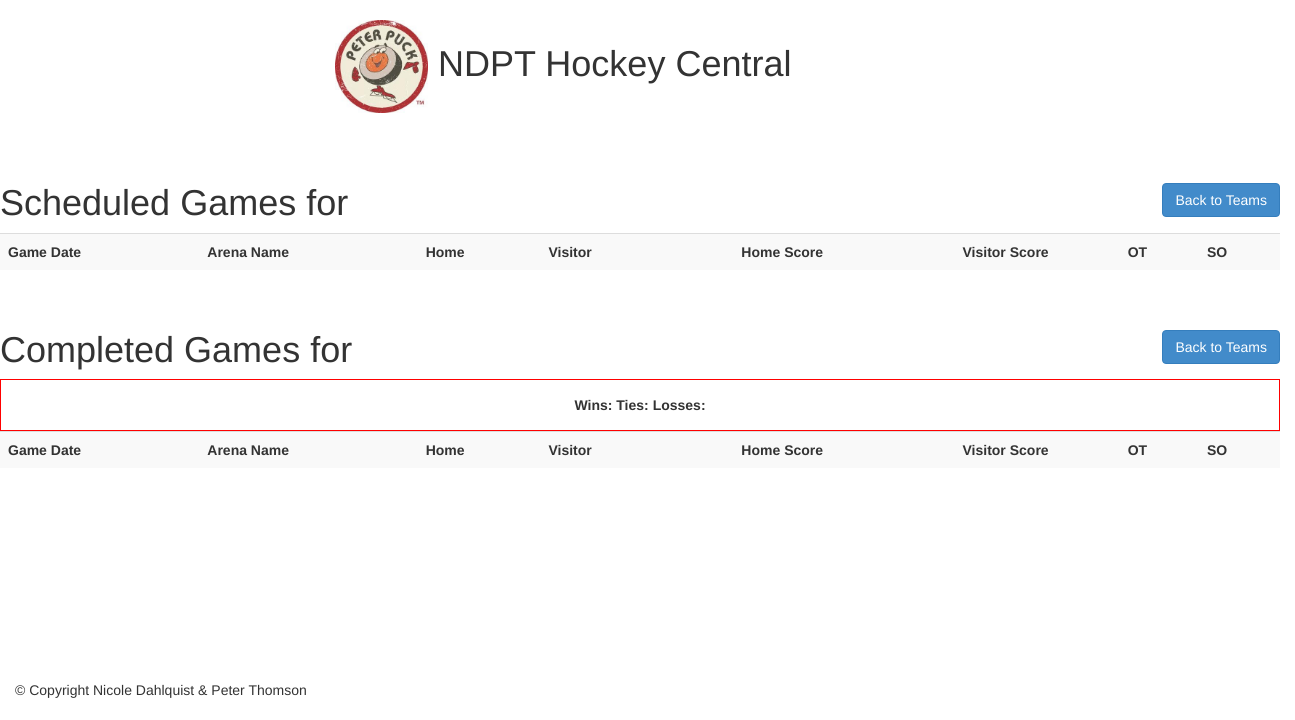
Repository: PeterNicole/JavaEE
Page: http://localhost/NDPTAssn2/Schedule.jsp
The author's editor kept a copy of each file at every save. The page is drawn from the files as they stood at one save, then again after the next save.
The browser window is 1280 px wide. The page is 1295 px wide, so the pictures cover 1295 px, including what lies to the right of the window. The pictures show the whole page.
The page is served by Tomcat 9. The template is opened directly, without the code that normally fills it, so the values that code supplies are empty.

Above is the page before, as saved 2016-07-21 22:52:34.

After the next save:
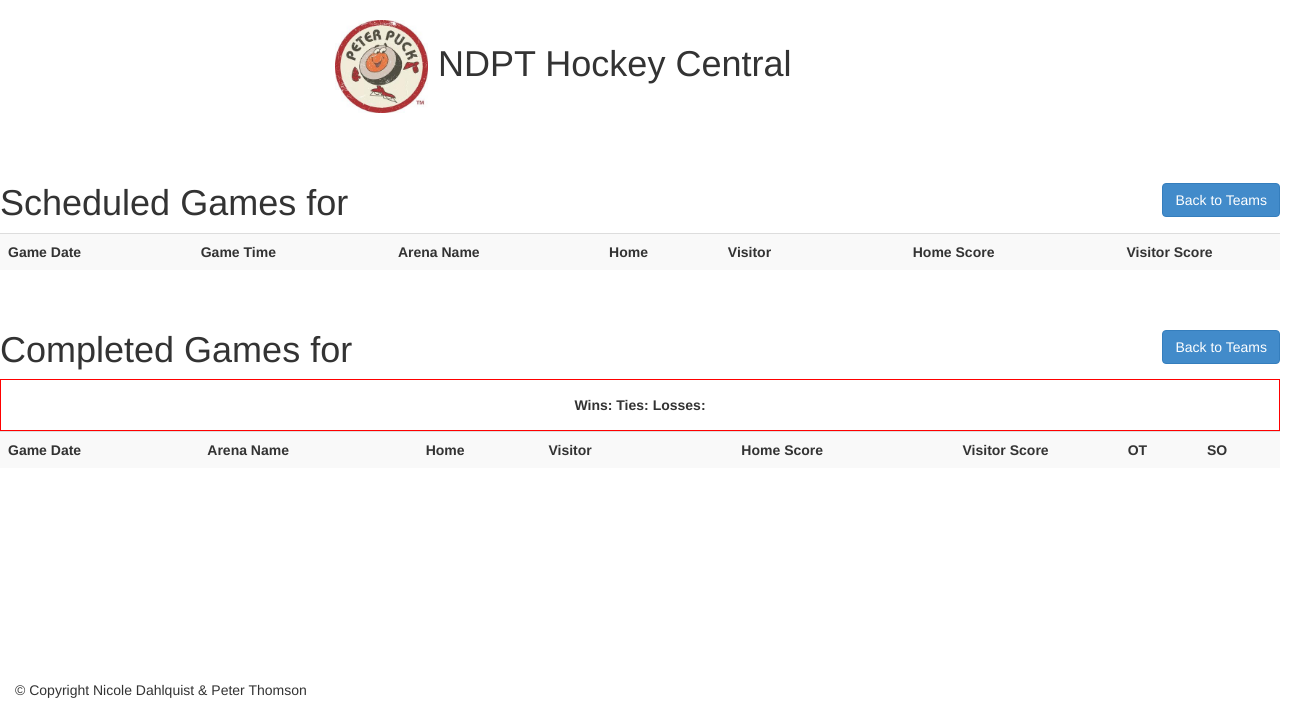
Saved 30 s later.
--- a/NDPTAssn2/NDPTAssn2/WebContent/Schedule.jsp
+++ b/NDPTAssn2/NDPTAssn2/WebContent/Schedule.jsp
@@ -14,13 +14,12 @@
 	<table class="table table-striped">
 		<tr>
 			<th>Game Date</th>
+			<th>Game Time</th>
 			<th>Arena Name</th>
 			<th>Home</th>
 			<th>Visitor</th>
 			<th style="text-align:center">Home Score</th>
 			<th style="text-align:center">Visitor Score</th>
-			<th>OT</th>
-			<th>SO</th>
 		</tr>
 		<c:forEach var = "game" items = "${scheduledGames}">
 			<tr>
@@ -29,8 +28,6 @@
 				<td>${game.arena.arenaName}</td>
 				<td>${game.home.teamName}</td>
 				<td>${game.visitor.teamName}</td>
-				<td style="text-align:center"></td>
-				<td style="text-align:center"></td>
 				<td></td>
 				<td></td>
 			</tr>
